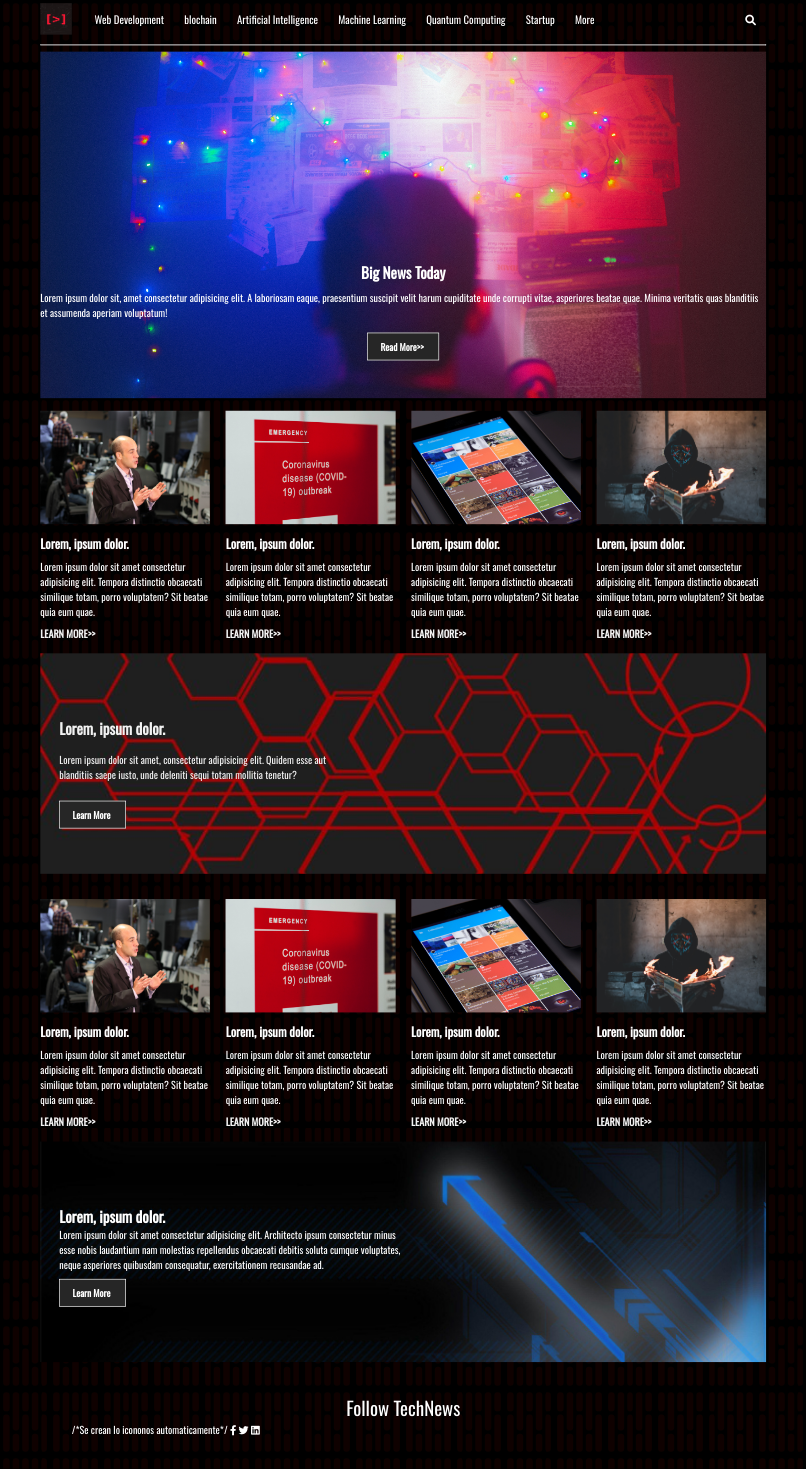
Repository: NickArregoces/News_Web
Page: index.html
An editor plug-in stored every save of this project. The page is shown before and after the next save, followed by the edit.
The browser window is 1280 px wide. The pictures show the whole page, at 63% of full size.

Above is the page before, as saved 2021-12-24 20:08:44.

After the next save:
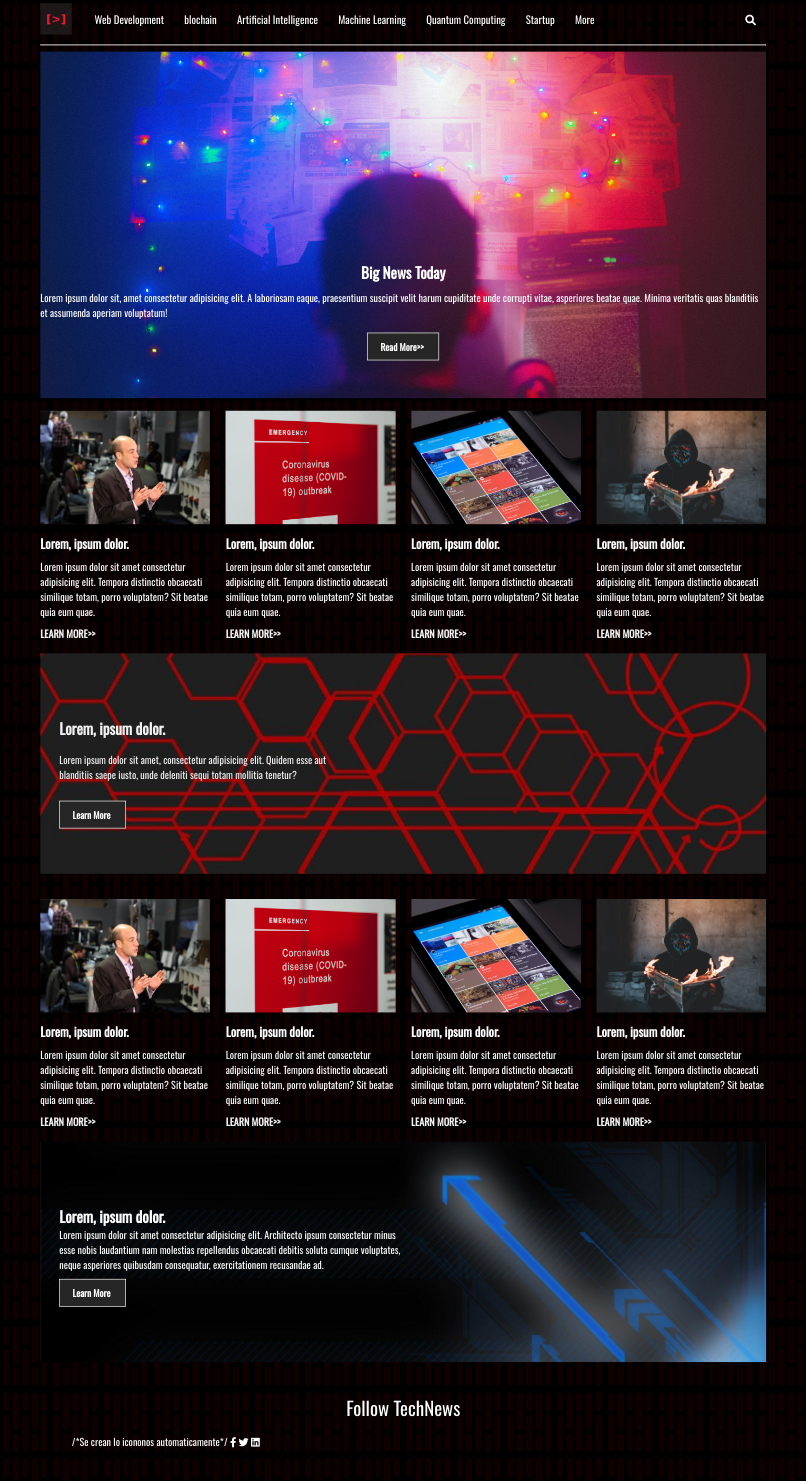
Saved 6 s later.
--- a/style.Css
+++ b/style.Css
@@ -171,5 +171,5 @@ hr{
 .social p{
     text-align: center;
     font-size: 30px;
-    margi;
+    margin-bottom: 20px;
 }
